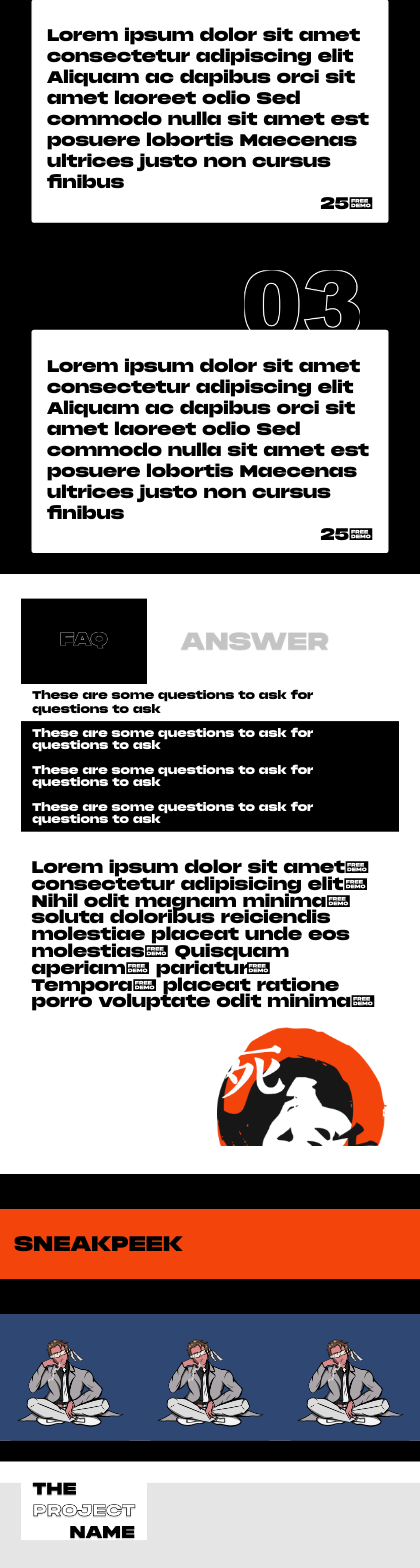
Repository: danishmahmoodawan/Sneakpeak
Page: /
The author's editor kept a copy of each file at every save. The page is drawn from the files as they stood at one save, then again after a run of saves.
The browser window is 600 px wide. The pictures show the part of the page from y = 1613 to 3853 px (the page is 3853 px tall before and 3818 px after), at 70% of full size.
The project was rebuilt for these pictures with package versions that can differ from the ones it lists, and the page was loaded fresh each time.

Above is the page before, as saved 2022-02-28 22:32:39.

After the next 2 saves:
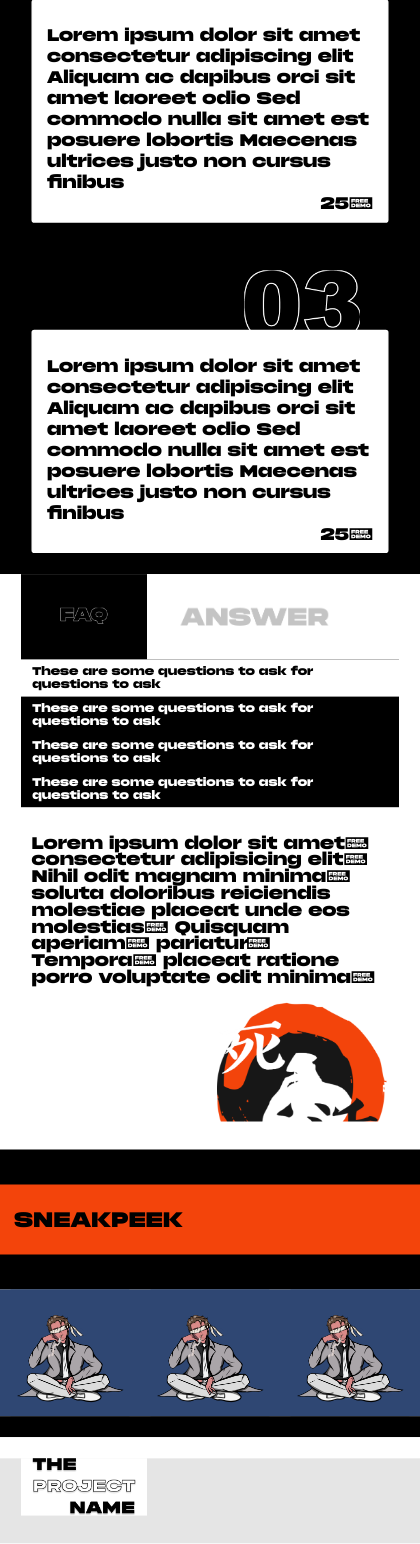
The 2 saves are shown as one change because they came seconds apart.
The last was saved 36 s later.
--- a/public/assets/css/style.css
+++ b/public/assets/css/style.css
@@ -436,12 +436,7 @@ padding: 0;
   .row_set_whi{
     margin: 10px 0;
   }
-  .footer_row .col_ew{
-display: none;
-  }
-  .faq_container{
-    padding: 35px 0 30px;
-  }
+
   .right_third_col .container{
     position: initial
   }
